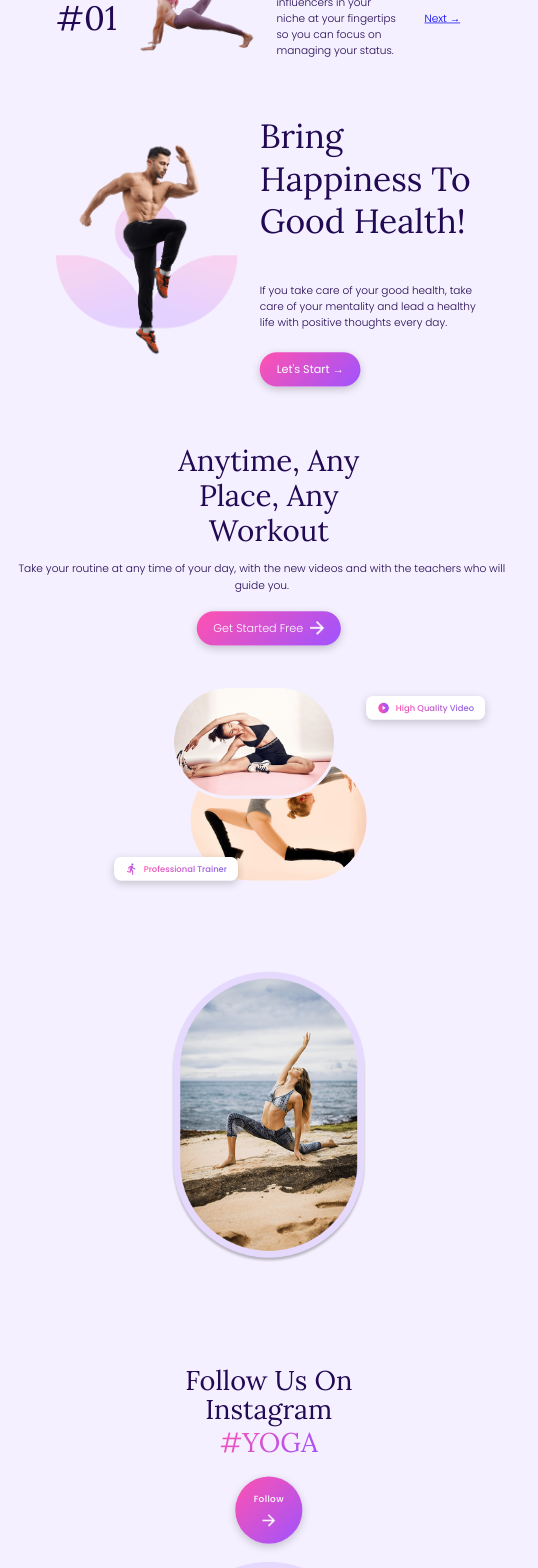
Repository: EunsuhJeon/responsive-yoga-website
Page: index.html
An editor plug-in stored every save of this project. The page is shown before and after the next save, followed by the edit.
The browser window is 768 px wide. The pictures show the part of the page from y = 676 to 2916 px (the page is 4993 px tall), at 70% of full size.

Above is the page before, as saved 2025-11-28 00:34:21.

After the next save:
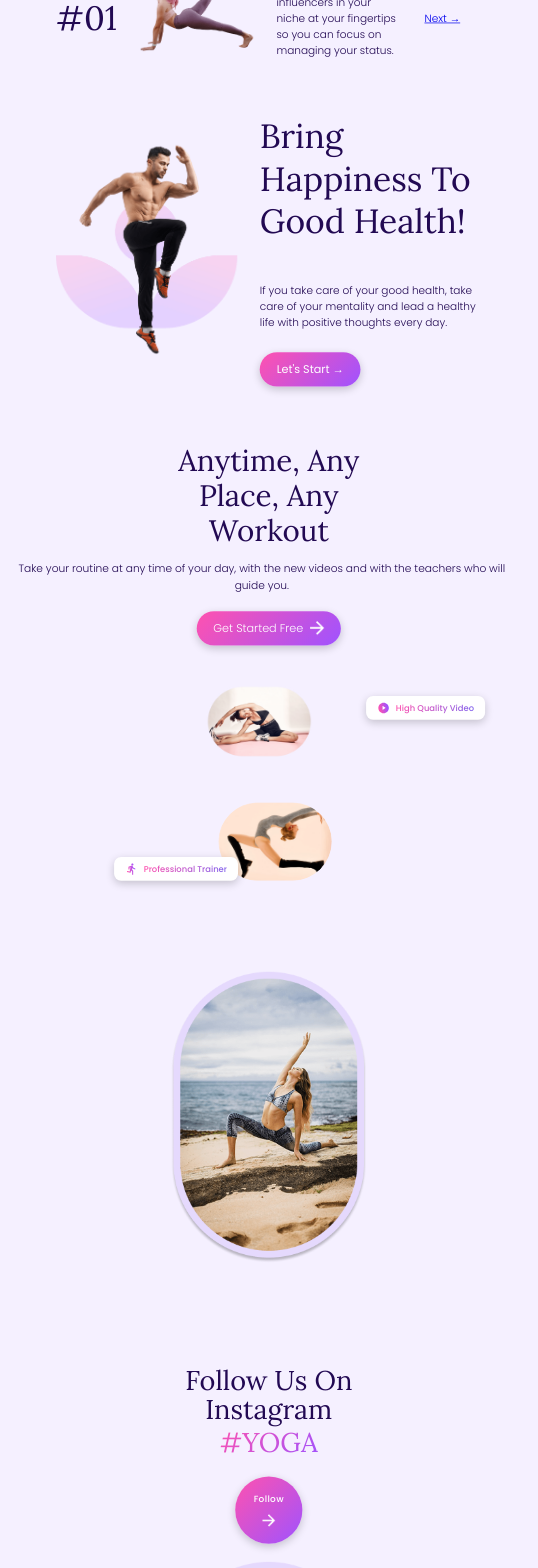
Saved 32 s later.
--- a/main.css
+++ b/main.css
@@ -667,7 +667,7 @@ header a{
   }
 
   .section-4-place-images {
-    width: 280px;
+    width: 180px;
     height: 280px;
   }
 
